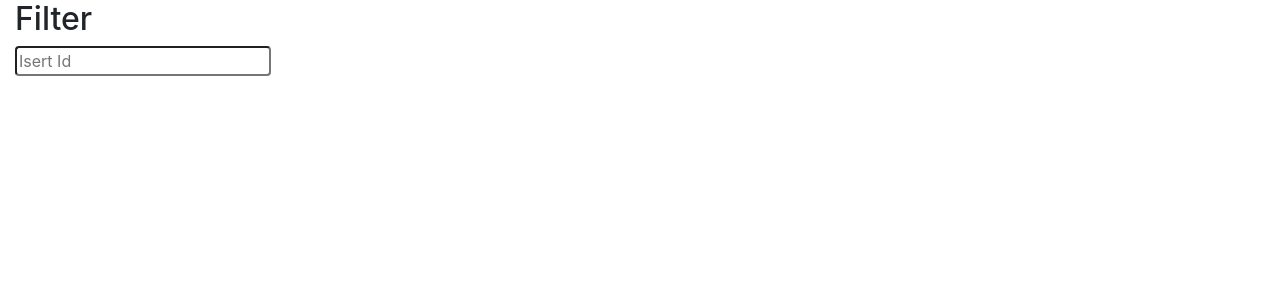
Repository: MuriloColleti/testjeff
Page: index.html
The author's editor kept a copy of each file at every save. The page is drawn from the files as they stood at one save, then again after the next save.
The browser window is 1280 px wide. The pictures show the whole page.

Above is the page before, as saved 2025-09-01 09:52:59.
Console error: SyntaxError: Illegal return statement

### index.html
<!DOCTYPE html>
<body lang="en">
  <head>
    <meta charset="UTF-8" />
    <meta name="viewport" content="width=device-width, initial-scale=1.0" />
    <title>Teste jeff</title>
		<link rel="stylesheet" href="https://cdn.jsdelivr.net/npm/bootstrap@4.1.3/dist/css/bootstrap.min.css" integrity="sha384-MCw98/SFnGE8fJT3GXwEOngsV7Zt27NXFoaoApmYm81iuXoPkFOJwJ8ERdknLPMO" crossorigin="anonymous">
  </head>
  <body>
<div class="container-fluid">
		<h2>Filter</h2>
</div>

<div class=" container-fluid">
		<input type="text" id="inputId" class="rounded" placeholder="Isert Id"/>

		<p id="result"></p>
</div>
    <script src="script.js"></script>
	</body>
</html>

### script.js
const users = [
  { id: 7, firstName: "Ana", lastName: "Silva", birthDate: new Date("1990-03-15") },
  { id: 23, firstName: "Carlos", lastName: "Santos", birthDate: new Date("1985-07-22") },
  { id: 11, firstName: "Maria", lastName: "Oliveira", birthDate: new Date("1992-11-08") },
  { id: 45, firstName: "João", lastName: "Ferreira", birthDate: new Date("1988-01-30") },
  { id: 3, firstName: "Beatriz", lastName: "Costa", birthDate: new Date("1995-09-12") },
  { id: 18, firstName: "Pedro", lastName: "Almeida", birthDate: new Date("1987-05-03") },
  { id: 32, firstName: "Juliana", lastName: "Ribeiro", birthDate: new Date("1991-12-25") },
  { id: 9, firstName: "Rafael", lastName: "Lima", birthDate: new Date("1993-04-18") },
  { id: 56, firstName: "Fernanda", lastName: "Rocha", birthDate: new Date("1989-08-07") },
  { id: 14, firstName: "Lucas", lastName: "Martins", birthDate: new Date("1994-02-14") },
  { id: 67, firstName: "Camila", lastName: "Barbosa", birthDate: new Date("1986-10-29") },
  { id: 21, firstName: "Thiago", lastName: "Carvalho", birthDate: new Date("1990-06-11") },
  { id: 38, firstName: "Amanda", lastName: "Nascimento", birthDate: new Date("1992-03-05") },
  { id: 5, firstName: "Bruno", lastName: "Souza", birthDate: new Date("1988-09-19") },
  { id: 49, firstName: "Larissa", lastName: "Pereira", birthDate: new Date("1991-01-27") },
  { id: 72, firstName: "Diego", lastName: "Gomes", birthDate: new Date("1987-11-16") },
  { id: 26, firstName: "Priscila", lastName: "Mendes", birthDate: new Date("1994-07-02") },
  { id: 83, firstName: "Gustavo", lastName: "Cardoso", birthDate: new Date("1989-04-23") },
  { id: 15, firstName: "Tatiane", lastName: "Freitas", birthDate: new Date("1993-08-31") },
  { id: 41, firstName: "Rodrigo", lastName: "Dias", birthDate: new Date("1986-12-09") }
];

const input = document.getElementById("inputId");
const pResult = document.getElementById("result");

function viewresult(list) {
	pResult.innerHTML = "";
}

if (list.length === 0) {
	pResult.innerHTML = "<li> nenhum resultado encontrado"
	return;
}

list.array.forEach(user => {
	const li = document.createElement('li');
	li.textContent = user.id;
	ulResult.appendChild(li);
});

viewresult(users)

input.addEventListener("Input", () => {
	const text = input.value.toLowerCase();
})

const filters = users.filter(user =>
	user.id.toLowerCase().includes(text)
);

viewresult(filters);

After the next save:
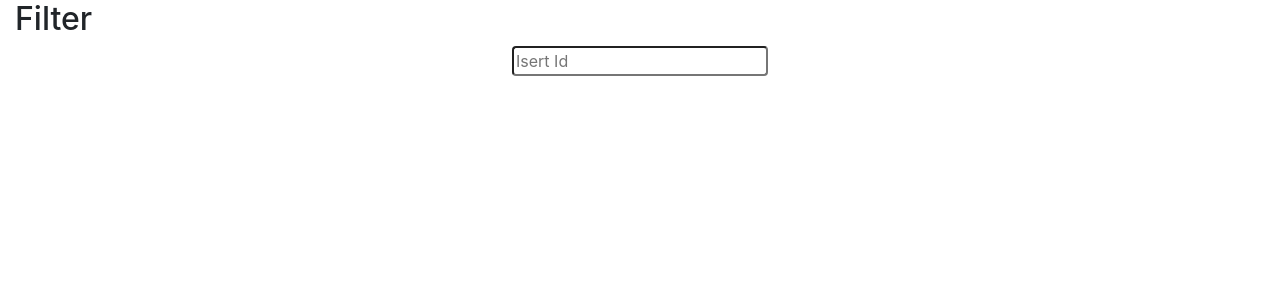
Saved 7 s later.
--- a/index.html
+++ b/index.html
@@ -11,7 +11,7 @@
 		<h2>Filter</h2>
 </div>
 
-<div class=" container-fluid">
+<div class="d-flex justify-content-center">
 		<input type="text" id="inputId" class="rounded" placeholder="Isert Id"/>
 
 		<p id="result"></p>
